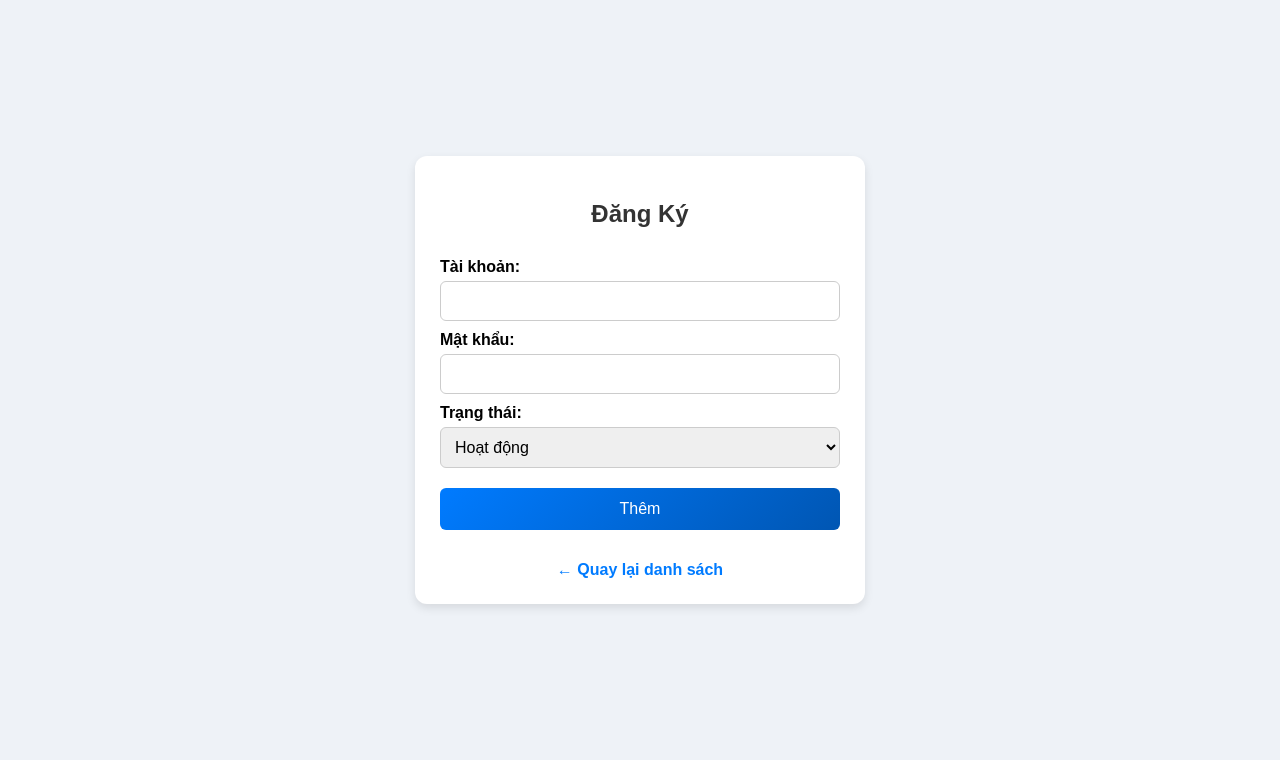
Repository: vuduckhoa/K22CNT2_VuDucKhoa_2210900032_project3
Page: http://localhost/K22CNT2_VuDucKhoa_2210900032_PRJ3/WEB-INF/views/admin/add.jsp
An editor plug-in stored every save of this project. The page is shown before and after the next save, followed by the edit.
The browser window is 1280 px wide. The pictures show the whole page.
The page is served by Tomcat 9. Nobody is signed in. Other server files are loaded and not shown. The template is opened directly, without the code that normally fills it, so the values that code supplies are empty.

Above is the page before, as saved 2025-03-04 03:05:04.

### K22CNT2_VuDucKhoa_2210900032_PRJ3/src/main/webapp/WEB-INF/views/admin/add.jsp
<%@ page contentType="text/html; charset=UTF-8" %>
<%@ page pageEncoding="UTF-8" %>
<html>
<head>
    <title>Đăng Ký</title>
    <style>
        body {
            font-family: Arial, sans-serif;
            background-color: #eef2f7;
            margin: 0;
            padding: 20px;
            display: flex;
            justify-content: center;
            align-items: center;
            height: 100vh;
        }
        .container {
            width: 400px;
            background: #fff;
            padding: 25px;
            border-radius: 12px;
            box-shadow: 0 4px 10px rgba(0, 0, 0, 0.1);
            text-align: center;
        }
        h2 {
            color: #333;
            margin-bottom: 20px;
        }
        form {
            display: flex;
            flex-direction: column;
            align-items: center;
        }
        label {
            font-weight: bold;
            margin-top: 10px;
            align-self: flex-start;
        }
        input, select {
            width: 100%;
            padding: 10px;
            margin-top: 5px;
            border: 1px solid #ccc;
            border-radius: 6px;
            font-size: 16px;
        }
        button {
            margin-top: 20px;
            padding: 12px 15px;
            background: linear-gradient(135deg, #007bff, #0056b3);
            color: white;
            font-size: 16px;
            border: none;
            border-radius: 6px;
            cursor: pointer;
            width: 100%;
            transition: 0.3s;
        }
        button:hover {
            background: linear-gradient(135deg, #0056b3, #004090);
        }
        .back-link {
            display: inline-block;
            margin-top: 15px;
            color: #007bff;
            text-decoration: none;
            font-weight: bold;
            transition: 0.3s;
        }
        .back-link:hover {
            color: #0056b3;
            text-decoration: underline;
        }
    </style>
</head>
<body>
    <div class="container">
        <h2>Đăng Ký</h2>
        <form action="add" method="post">
            <label for="taiKhoan">Tài khoản:</label>
            <input type="text" id="taiKhoan" name="vdk_TaiKhoan" required />

            <label for="matKhau">Mật khẩu:</label>
            <input type="password" id="matKhau" name="vdk_MatKhau" required />

            <label for="trangThai">Trạng thái:</label>
            <select id="trangThai" name="vdk_TrangThai">
                <option value="true">Hoạt động</option>
                <option value="false">Bị khóa</option>
            </select>

            <button type="submit">Thêm</button>
        </form>
        <a href="list" class="back-link">← Quay lại danh sách</a>
    </div>
</body>
</html>

After the next save:
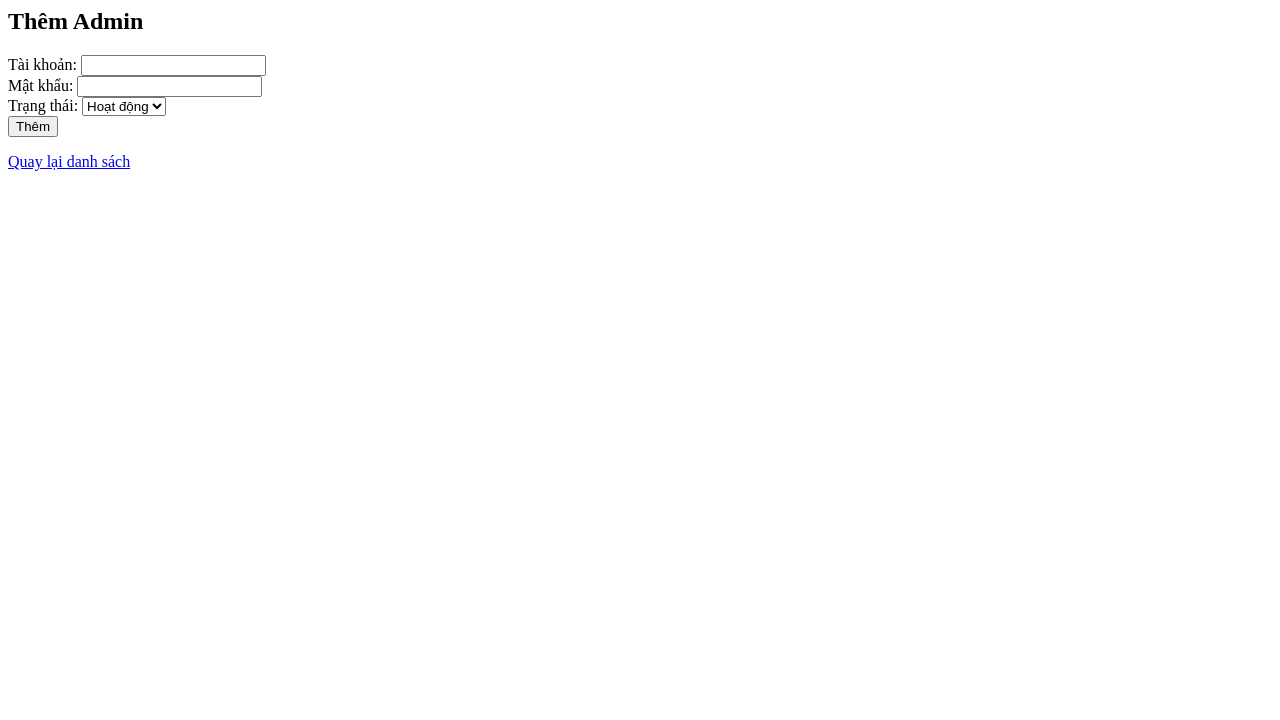
Saved 9 s later.
--- a/K22CNT2_VuDucKhoa_2210900032_PRJ3/src/main/webapp/WEB-INF/views/admin/add.jsp
+++ b/K22CNT2_VuDucKhoa_2210900032_PRJ3/src/main/webapp/WEB-INF/views/admin/add.jsp
@@ -1,97 +1,30 @@
-<%@ page contentType="text/html; charset=UTF-8" %>
-<%@ page pageEncoding="UTF-8" %>
+<%@ page contentType="text/html;charset=UTF-8" language="java" %>
 <html>
 <head>
-    <title>Đăng Ký</title>
-    <style>
-        body {
-            font-family: Arial, sans-serif;
-            background-color: #eef2f7;
-            margin: 0;
-            padding: 20px;
-            display: flex;
-            justify-content: center;
-            align-items: center;
-            height: 100vh;
-        }
-        .container {
-            width: 400px;
-            background: #fff;
-            padding: 25px;
-            border-radius: 12px;
-            box-shadow: 0 4px 10px rgba(0, 0, 0, 0.1);
-            text-align: center;
-        }
-        h2 {
-            color: #333;
-            margin-bottom: 20px;
-        }
-        form {
-            display: flex;
-            flex-direction: column;
-            align-items: center;
-        }
-        label {
-            font-weight: bold;
-            margin-top: 10px;
-            align-self: flex-start;
-        }
-        input, select {
-            width: 100%;
-            padding: 10px;
-            margin-top: 5px;
-            border: 1px solid #ccc;
-            border-radius: 6px;
-            font-size: 16px;
-        }
-        button {
-            margin-top: 20px;
-            padding: 12px 15px;
-            background: linear-gradient(135deg, #007bff, #0056b3);
-            color: white;
-            font-size: 16px;
-            border: none;
-            border-radius: 6px;
-            cursor: pointer;
-            width: 100%;
-            transition: 0.3s;
-        }
-        button:hover {
-            background: linear-gradient(135deg, #0056b3, #004090);
-        }
-        .back-link {
-            display: inline-block;
-            margin-top: 15px;
-            color: #007bff;
-            text-decoration: none;
-            font-weight: bold;
-            transition: 0.3s;
-        }
-        .back-link:hover {
-            color: #0056b3;
-            text-decoration: underline;
-        }
-    </style>
+    <title>Thêm Admin</title>
 </head>
 <body>
-    <div class="container">
-        <h2>Đăng Ký</h2>
-        <form action="add" method="post">
-            <label for="taiKhoan">Tài khoản:</label>
-            <input type="text" id="taiKhoan" name="vdk_TaiKhoan" required />
+    <h2>Thêm Admin</h2>
 
-            <label for="matKhau">Mật khẩu:</label>
-            <input type="password" id="matKhau" name="vdk_MatKhau" required />
+    <form action="add" method="post">
+        <label for="vdk_TaiKhoan">Tài khoản:</label>
+        <input type="text" id="vdk_TaiKhoan" name="vdk_TaiKhoan" required>
+        <br>
 
-            <label for="trangThai">Trạng thái:</label>
-            <select id="trangThai" name="vdk_TrangThai">
-                <option value="true">Hoạt động</option>
-                <option value="false">Bị khóa</option>
-            </select>
+        <label for="vdk_MatKhau">Mật khẩu:</label>
+        <input type="password" id="vdk_MatKhau" name="vdk_MatKhau" required>
+        <br>
 
-            <button type="submit">Thêm</button>
-        </form>
-        <a href="list" class="back-link">← Quay lại danh sách</a>
-    </div>
+        <label for="vdk_TrangThai">Trạng thái:</label>
+        <select id="vdk_TrangThai" name="vdk_TrangThai">
+            <option value="true">Hoạt động</option>
+            <option value="false">Khóa</option>
+        </select>
+        <br>
+
+        <button type="submit">Thêm</button>
+    </form>
+
+    <p><a href="list">Quay lại danh sách</a></p>
 </body>
 </html>
